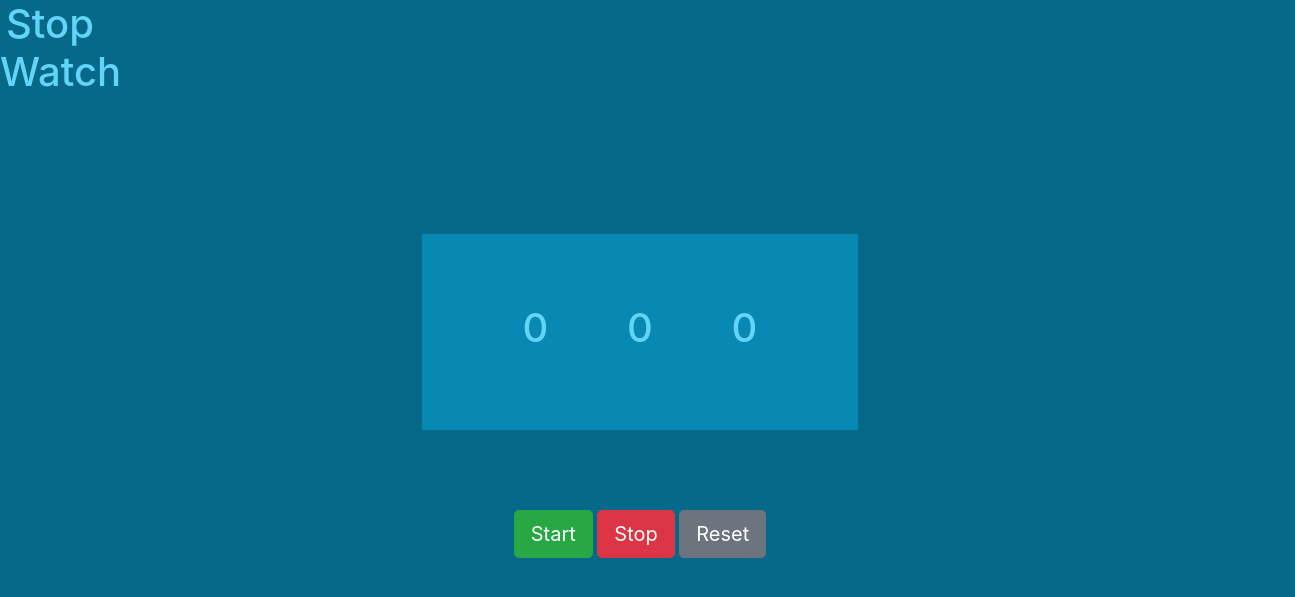
Repository: moiz9265/stopwatch
Page: index.html
These files come from the project's save history. The page is drawn as it stood at one moment and after the next save; the edit follows.
The browser window is 1280 px wide. The page is 1295 px wide, so the pictures cover 1295 px, including what lies to the right of the window. The pictures show the whole page.

Above is the page before, as saved 2020-07-09 23:32:24.

After the next save:
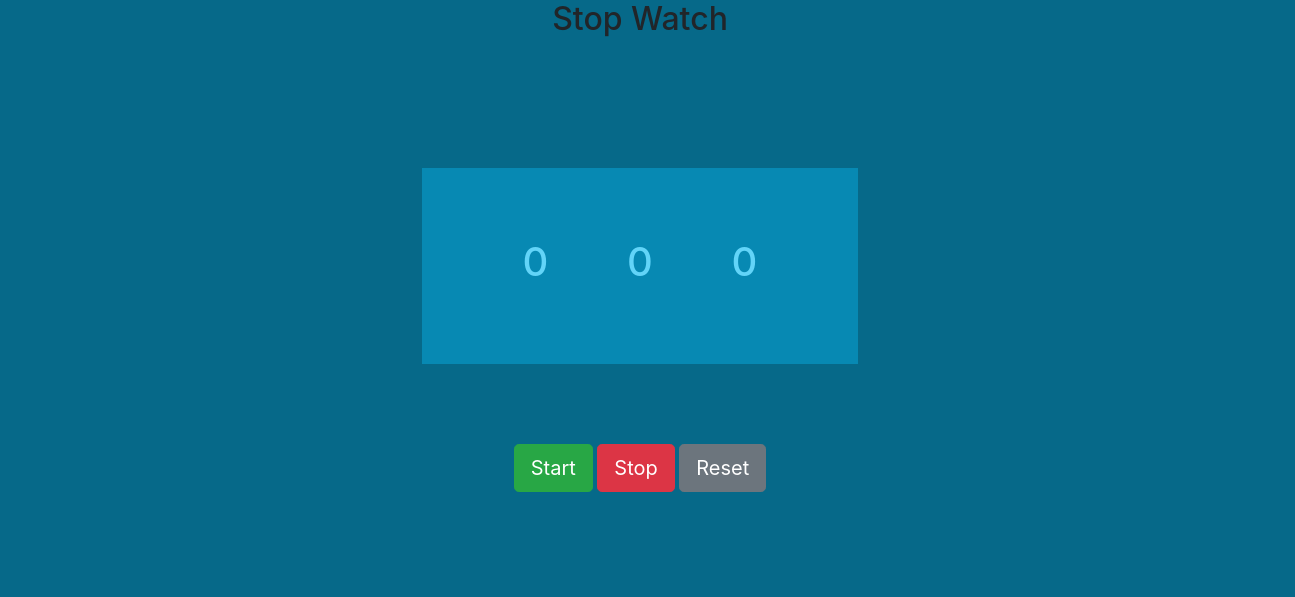
Saved 22 s later.
--- a/index.html
+++ b/index.html
@@ -11,7 +11,7 @@
     </script>
   </head>
   <body>
-      <h1  style="text-align: center;" style="color: white; font-family: Times New Roman; font-weight: bold;">Stop Watch</h1>
+      <h2  style="text-align: center;" style="color: white; font-family: Times New Roman; font-weight: bold;">Stop Watch</h2>
         <div class="row" style="margin-top: 80px;">
             <div class="col-md-4">
 
